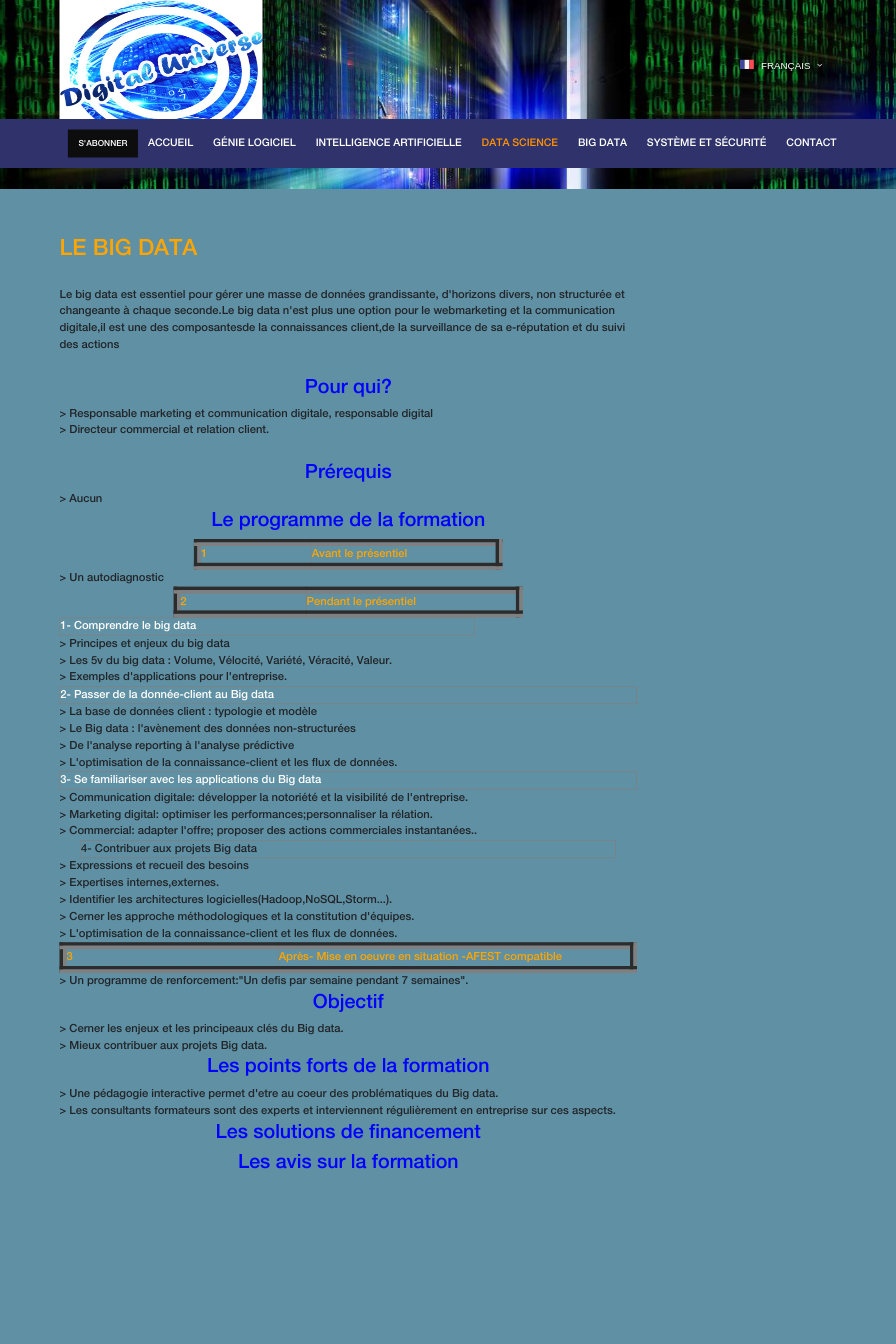
Repository: attoumbre/DATA_SERV
Page: original/big-data.html
An editor plug-in stored every save of this project. The page is shown before and after the next save, followed by the edit.
The browser window is 1280 px wide. The pictures show the part of the page from y = 0 to 1920 px (the page is 2648 px tall), at 70% of full size.
A picture or video elsewhere on the page could not be fetched, so the positions and the page height are approximate. Some web fonts or font styles are not loaded; a fallback is used.

Above is the page before, as saved 2020-02-12 03:13:58.
Console error: TypeError: Cannot set properties of null (setting 'onfocus')

### original/big-data.html
<!DOCTYPE html>
<html lang="en">

<head>
    <meta charset="UTF-8">
    <meta name="description" content="">
    <meta http-equiv="X-UA-Compatible" content="IE=edge">
    <meta name="viewport" content="width=device-width, initial-scale=1, shrink-to-fit=no">
    <!-- The above 4 meta tags *must* come first in the head; any other head content must come *after* these tags -->

    <!-- Title -->
    <title>Original - Lifestyle Blog Template</title>

    <!-- Favicon -->
    <link rel="icon" href="img/core-img/favicon.ico">

    <!-- Style CSS -->
    <link rel="stylesheet" href="style.css">

</head>

<body>
    <!-- Preloader -->
    <div id="preloader">
        <div class="preload-content">
            <div id="original-load"></div>
        </div>
    </div>

    <!-- Subscribe Modal -->
    <div class="subscribe-newsletter-area">
        <div class="modal fade" id="subsModal" tabindex="-1" role="dialog" aria-labelledby="subsModal" aria-hidden="true">
            <div class="modal-dialog modal-dialog-centered" role="document">
                <div class="modal-content">
                    <button type="button" class="close" data-dismiss="modal" aria-label="Close"><span aria-hidden="true">&times;</span></button>
                    <div class="modal-body">
                        <h5 class="title">Inscription à la newsletter</h5>
                        <form action="contact.php" class="newsletterForm" method="post">
                            <input type="email" name="email" id="subscribesForm2" placeholder="entrez votre e-mail">
                            <button type="submit" value="" name="homeBouton" class="btn original-btn">S'abonner</button>
                            <input type="hidden" value="homeBouton" name="homeBouton" class="btn original-btn" hidden></input>
                        </form>
                    </div>
                </div>
            </div>
        </div>
    </div>

    <!-- ##### Header Area Start ##### -->
    <header class="header-area">

        <!-- Top Header Area -->
        <div class="top-header">
            <div class="container">
                <div class="row h-100 align-items-center">
                    <!-- Breaking News Area -->
                    <div class="col-12 col-sm-8">
                        <div class="breaking-news-area">
                            <div id="breakingNewsTicker" class="ticker">
                                <a href="index.html"><img src="img/logo2.jpg" alt=""></a>
                            </div>
                        </div>
                    </div>
                    <!-- Top Social Area -->
                    <div class="col-9 col-sm-4">
                        <div class="top-social-area">
                            <div class="language_flag"><img src="img/flag_2.svg" alt="https://www.flaticon.com/authors/freepik"></div>
                            <div class="dropdown_text">français</div>
                            <div class="dropdown_arrow"><i class="fa fa-angle-down" aria-hidden="true"></i></div>

                            <!-- Language Dropdown Menu -->
                            <ul>
                                <li>
                                    <a href="#">
                                        <div class="language_flag"><img src="img/flag_1.svg" alt="https://www.flaticon.com/authors/freepik"></div>
                                        <div class="dropdown_text">anglais</div>
                                    </a>
                                </li>
                            </ul>
                        </div>
                    </div>
                </div>
            </div>
        </div>

        <!-- Logo Area -->
        <div class="logo-area text-center">
            <div class="container h-100">
                <div class="row h-100 align-items-center">
                    <div class="col-12">
                        <h4></h4>
                    </div>
                </div>
            </div>
        </div>

        <!-- Nav Area -->
        <div class="original-nav-area" id="stickyNav">
            <div class="classy-nav-container breakpoint-off">
                <div class="container">
                    <!-- Classy Menu -->
                    <nav class="classy-navbar justify-content-between">

                        <!-- Subscribe btn -->
                        <div class="subscribe-btn">
                            <a href="#" class="btn subscribe-btn" data-toggle="modal" data-target="#subsModal">S'abonner</a>
                        </div>

                        <!-- Navbar Toggler -->
                        <div class="classy-navbar-toggler">
                            <span class="navbarToggler"><span></span><span></span><span></span></span>
                        </div>

                        <!-- Menu -->
                        <div class="classy-menu" id="originalNav">
                            <!-- close btn -->
                            <div class="classycloseIcon">
                                <div class="cross-wrap"><span class="top"></span><span class="bottom"></span></div>
                            </div>

                            <!-- Nav Start -->
                            <div class="classynav">
                                <ul>
                                    <li><a href="index.html">Accueil</a></li>
                                    <li><a href="genie-logiciel.html">génie logiciel</a></li>
                                    <li><a href="IA.html">intelligence artificielle</a> </li>
                                    <li><a href="data-science.html" style="color: #ff9100;">data science</a></li>
                                    <li><a href="big-data.html">big data</a></li>
                                    <li><a href="secu-info.html">système et sécurité</a></li>
                                    <li><a href="contactpage.php">Contact</a></li>
                                </ul>
                            </div>
                            <!-- Nav End -->
                        </div>
                    </nav>
                </div>
            </div>
        </div>
    </header>
    <!-- ##### Header Area End ##### -->

    <!-- ##### Single Blog Area Start ##### -->
    <div class="single-blog-wrapper section-padding-0-100">
        <div class="container">
            <div class="row">
                <!-- ##### Post Content Area ##### -->
                <div class="col-12 col-lg-9">
                    <!-- Single Blog Area  -->
                    <div class="single-blog-area blog-style-2 mb-50">
                        <!-- Blog Content -->
                        <div class="single-blog-content">
                            <!-- <div class="line"></div> -->


                            <div class="post-meta mb-50">


                            </div>
                            <p>
                                <h2>
                                    <FONT COLOR="orange">LE BIG DATA </FONT>
                                </h2>
                                <BR> Le big data est essentiel pour gérer une masse de données grandissante, d'horizons divers, non structurée et changeante à chaque seconde.Le big data n'est plus une option pour le webmarketing et la communication digitale,il
                                est une des composantesde la connaissances client,de la surveillance de sa e-réputation et du suivi des actions
                            </p>
                            <p>
                                <h3>
                                    <CENTER>
                                        <FONT COLOR="blue">Pour qui?</FONT>
                                    </CENTER>
                                </h3>
                                > Responsable marketing et communication digitale, responsable digital
                                <BR> > Directeur commercial et relation client.
                                <BR> </p>

                            <h3>
                                <CENTER>
                                    <FONT COLOR="blue">Prérequis</FONT>
                                </CENTER>
                            </h3>
                            > Aucun

                            <h3>
                                <CENTER>
                                    <CENTER>
                                        <FONT COLOR="blue">Le programme de la formation</FONT>
                                    </CENTER>
                            </h3>
                            <CENTER>
                                <TABLE border=10>
                                    <TR>
                                        <TD width=20%>
                                            <FONT COLOR="blue">
                                                <FONT COLOR="orange">1</FONT>
                                        </TD>
                                        <TD width=33%>
                                            <FONT COLOR="orange"> Avant le présentiel</FONT>
                                        </TD>
                                </TABLE>
                            </CENTER>
                            > Un autodiagnostic
                            <BR>
                            <CENTER>
                                <TABLE border=10>
                                    <TR>
                                        <TD width=20%>
                                            <FONT COLOR="orange">2</FONT>
                                        </TD>
                                        <TD width=33%>
                                            <FONT COLOR="orange"> Pendant le présentiel</FONT>
                                        </TD>
                                </TABLE>
                            </CENTER>
                            <TABLE border=1>
                                <TD width=33%>
                                    <FONT COLOR="white">1- Comprendre le big data</FONT>
                                </TD>
                            </TABLE>
                            > Principes et enjeux du big data
                            <BR> > Les 5v du big data : Volume, Vélocité, Variété, Véracité, Valeur.
                            <BR> > Exemples d'applications pour l'entreprise.
                            <CENTER>
                                <TABLE border=1>
                                    <TD width=33%>
                                        <FONT COLOR="white">2- Passer de la donnée-client au Big data</FONT>
                                    </TD>
                                </TABLE>
                            </CENTER>
                            > La base de données client : typologie et modèle
                            <BR> > Le Big data : l'avènement des données non-structurées
                            <BR> > De l'analyse reporting à l'analyse prédictive
                            <BR> > L'optimisation de la connaissance-client et les flux de données.
                            <BR>
                            <CENTER>
                                <TABLE border=1>
                                    <TD width=33%>
                                        <FONT COLOR="white"> 3- Se familiariser avec les applications du Big data</FONT>
                                    </TD>
                                </TABLE>
                            </CENTER>
                            > Communication digitale: développer la notoriété et la visibilité de l'entreprise.
                            <BR> > Marketing digital: optimiser les performances;personnaliser la rélation.
                            <BR> > Commercial: adapter l'offre; proposer des actions commerciales instantanées..
                            <BR>
                            <CENTER>
                                <TABLE border=1>
                                    <TD width=33%> 4- Contribuer aux projets Big data</TD>
                                </TABLE>
                            </CENTER>
                            > Expressions et recueil des besoins
                            <BR> > Expertises internes,externes.
                            <BR> > Identifier les architectures logicielles(Hadoop,NoSQL,Storm...).
                            <BR> > Cerner les approche méthodologiques et la constitution d'équipes.
                            <BR> > L'optimisation de la connaissance-client et les flux de données.
                            <BR>
                            <CENTER>
                                <TABLE border=10>
                                    <TR>
                                        <TD width=20%>
                                            <FONT COLOR="orange">3</FONT>
                                        </TD>
                                        <TD width=33%>
                                            <FONT COLOR="orange"> Après- Mise en oeuvre en situation -AFEST compatible</FONT>
                                        </TD>
                                </TABLE>
                            </CENTER>
                            > Un programme de renforcement:"Un defis par semaine pendant 7 semaines".
                            <BR>
                            <h3>
                                <CENTER>
                                    <FONT COLOR="blue">Objectif</FONT>
                                </CENTER>
                            </h3>
                            > Cerner les enjeux et les principeaux clés du Big data.
                            <BR> > Mieux contribuer aux projets Big data.
                            <h3>
                                <CENTER>
                                    <FONT COLOR="blue">Les points forts de la formation</FONT>
                                </CENTER>
                            </h3>
                            > Une pédagogie interactive permet d'etre au coeur des problématiques du Big data.
                            <BR> > Les consultants formateurs sont des experts et interviennent régulièrement en entreprise sur ces aspects.

                            <h3>
                                <CENTER>
                                    <FONT COLOR="blue">Les solutions de financement</FONT>
                                </CENTER>
                            </h3>
                            <h3>
                                <CENTER>
                                    <FONT COLOR="blue">Les avis sur la formation</FONT>
                                </CENTER>
                            </h3>

                            </p>


                        </div>
                    </div>

                    <!-- ##### Sidebar Area ##### -->
                    <div class="col-12 col-md-4 col-lg-3">
                        <div class="post-sidebar-area">
                            <!-- Widget Area -->
                            <div class="sidebar-widget-area">
                                <div class="sidebar-widget-area">
                                    <a href="#"><img src="img/bg-img/add.gif" alt=""></a>
                                </div>
                            </div>
                        </div>
                    </div>
                </div>
            </div>
        </div>
        <!-- ##### Single Blog Area End ##### -->

        <!-- ##### Instagram Feed Area Start ##### -->
        <div class="instagram-feed-area ">
            <div class="container ">
                <div class="row ">
                    <div class="col-12 ">
                        <div class="insta-title ">
                            <h5>Suivez-nous @ Facebook</h5>
                        </div>
                    </div>
                </div>
            </div>
            <!-- Instagram Slides -->
            <div class="instagram-slides owl-carousel ">
                <!-- Single Insta Feed -->
                <div class="single-insta-feed ">
                    <img src="img/instagram-img/1.png " alt=" ">
                    <!-- Hover Effects -->
                    <div class="hover-effects ">
                        <a href="# " class="d-flex align-items-center justify-content-center "><i class="fa fa-facebook "></i></a>
                    </div>
                </div>
                <!-- Single Insta Feed -->
                <div class="single-insta-feed ">
                    <img src="img/instagram-img/2.png " alt=" ">
                    <!-- Hover Effects -->
                    <div class="hover-effects ">
                        <a href="# " class="d-flex align-items-center justify-content-center "><i class="fa fa-facebook "></i></a>
                    </div>
                </div>
                <!-- Single Insta Feed -->
                <div class="single-insta-feed ">
                    <img src="img/instagram-img/3.png " alt=" ">
                    <!-- Hover Effects -->
                    <div class="hover-effects ">
                        <a href="# " class="d-flex align-items-center justify-content-center "><i class="fa fa-facebook "></i></a>
                    </div>
                </div>
                <!-- Single Insta Feed -->
                <div class="single-insta-feed ">
                    <img src="img/instagram-img/4.png " alt=" ">
                    <!-- Hover Effects -->
                    <div class="hover-effects ">
                        <a href="# " class="d-flex align-items-center justify-content-center "><i class="fa fa-facebook "></i></a>
                    </div>
                </div>
                <!-- Single Insta Feed -->
                <div class="single-insta-feed ">
                    <img src="img/instagram-img/5.png " alt=" ">
                    <!-- Hover Effects -->
                    <div class="hover-effects ">
                        <a href="# " class="d-flex align-items-center justify-content-center "><i class="fa fa-facebook "></i></a>
                    </div>
                </div>
                <!-- Single Insta Feed -->
                <div class="single-insta-feed ">
                    <img src="img/instagram-img/6.png " alt=" ">
                    <!-- Hover Effects -->
                    <div class="hover-effects ">
                        <a href="# " class="d-flex align-items-center justify-content-center "><i class="fa fa-facebook "></i></a>
                    </div>
                </div>
                <!-- Single Insta Feed -->
                <div class="single-insta-feed ">
                    <img src="img/instagram-img/7.png " alt=" ">
                    <!-- Hover Effects -->
                    <div class="hover-effects ">
                        <a href="# " class="d-flex align-items-center justify-content-center "><i class="fa fa-facebook "></i></a>
                    </div>
                </div>
            </div>
        </div>
        <!-- ##### Instagram Feed Area End ##### -->

        <!-- ##### Footer Area Start ##### -->
        <footer class="footer-area  text-center">
            <div class="container ">
                <div class="row ">
                    <div class="col-12 ">
                        <!-- Footer Social Area -->
                        <div class="footer-entreprise mt-30 ">
                            <a href="index.html"><img src="img/logo2.jpg" alt=""></a>
                            <i>Digital Universe, grande entreprise de digitalisation en Côte d'Ivoire</i>
                        </div>
                        <div class="footer-mention">
                            <a href="# ">Mentions légales</a>
                        </div>
                        <div class="footer-social-area mt-30 ">
                            <a href="# " data-toggle="tooltip " data-placement="top " title="Facebook "><i class="fa fa-facebook " aria-hidden="true "></i></a>
                            <a href="# " data-toggle="tooltip " data-placement="top " title="Linkedin "><i class="fa fa-linkedin " aria-hidden="true "></i></a>
                        </div>
                    </div>
                </div>
                <!-- Link back to Colorlib can't be removed. Template is licensed under CC BY 3.0. -->
                Copyright &copy;
                <script>
                    document.write(new Date().getFullYear());
                </script>

            </div>
            <!-- Link back to Colorlib can't be removed. Template is licensed under CC BY 3.0. -->

        </footer>
        <!-- ##### Footer Area End ##### -->

        <!-- jQuery (Necessary for All JavaScript Plugins) -->
        <script src="js/jquery/jquery-2.2.4.min.js"></script>
        <!-- Popper js -->
        <script src="js/popper.min.js"></script>
        <!-- Bootstrap js -->
        <script src="js/bootstrap.min.js"></script>
        <!-- Plugins js -->
        <script src="js/plugins.js"></script>
        <!-- Active js -->
        <script src="js/active.js"></script>

</body>

</html>

Loaded but not shown: original/css/bootstrap.min.css (library); original/css/animate.css (library); original/css/owl.carousel.css (library); original/css/font-awesome.min.css (library); original/js/jquery/jquery-2.2.4.min.js (library); original/js/popper.min.js (library); original/js/bootstrap.min.js (library); original/js/plugins.js (library); original/js/active.js (145 lines, source omitted); original/style.css (2176 lines, source omitted); original/css/classy-nav.css (764 lines, source omitted)

After the next save:
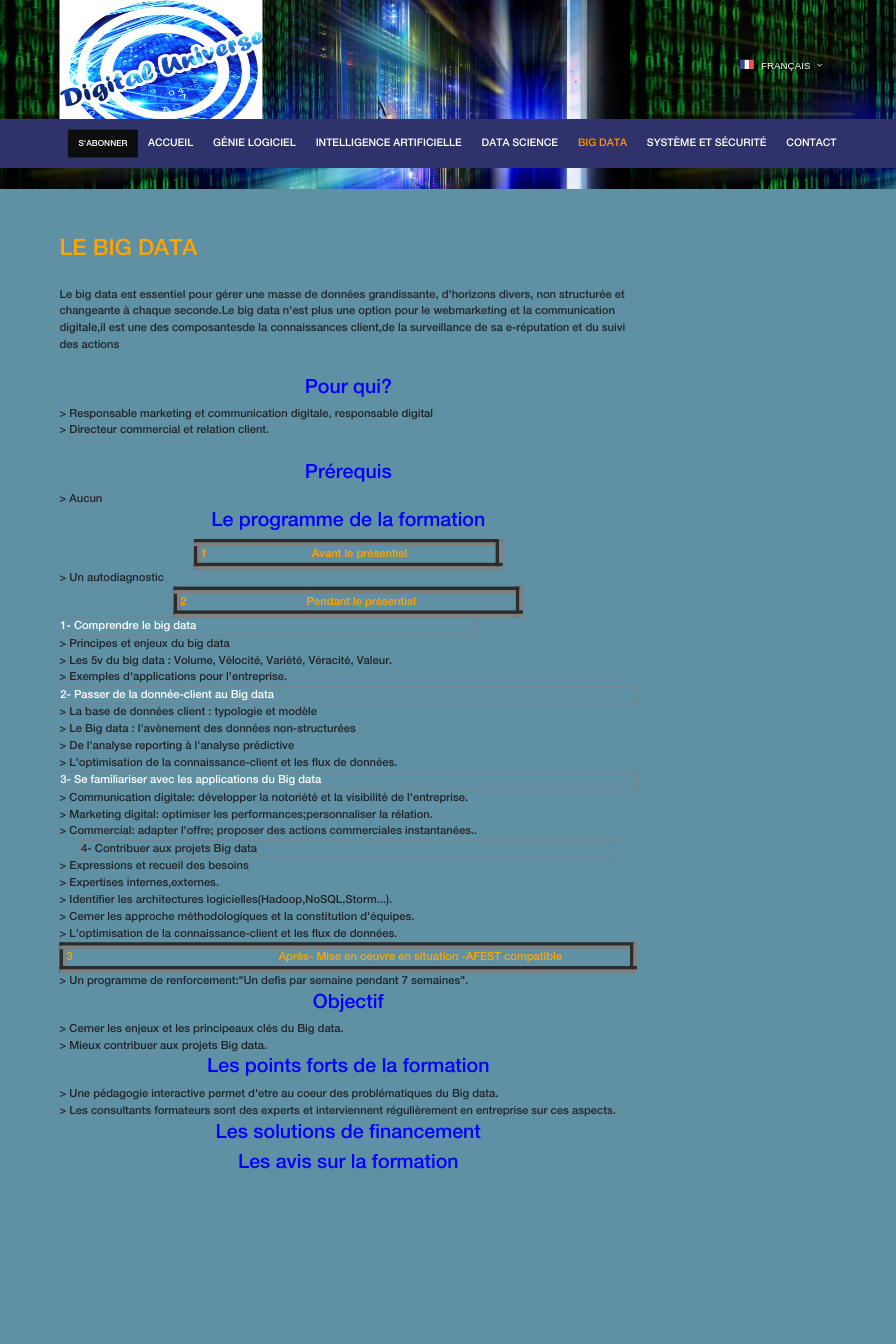
Saved 78 s later.
--- a/original/big-data.html
+++ b/original/big-data.html
@@ -124,8 +124,8 @@
                                     <li><a href="index.html">Accueil</a></li>
                                     <li><a href="genie-logiciel.html">génie logiciel</a></li>
                                     <li><a href="IA.html">intelligence artificielle</a> </li>
-                                    <li><a href="data-science.html" style="color: #ff9100;">data science</a></li>
-                                    <li><a href="big-data.html">big data</a></li>
+                                    <li><a href="data-science.html">data science</a></li>
+                                    <li><a href="big-data.html" style="color: #ff9100;">big data</a></li>
                                     <li><a href="secu-info.html">système et sécurité</a></li>
                                     <li><a href="contactpage.php">Contact</a></li>
                                 </ul>
